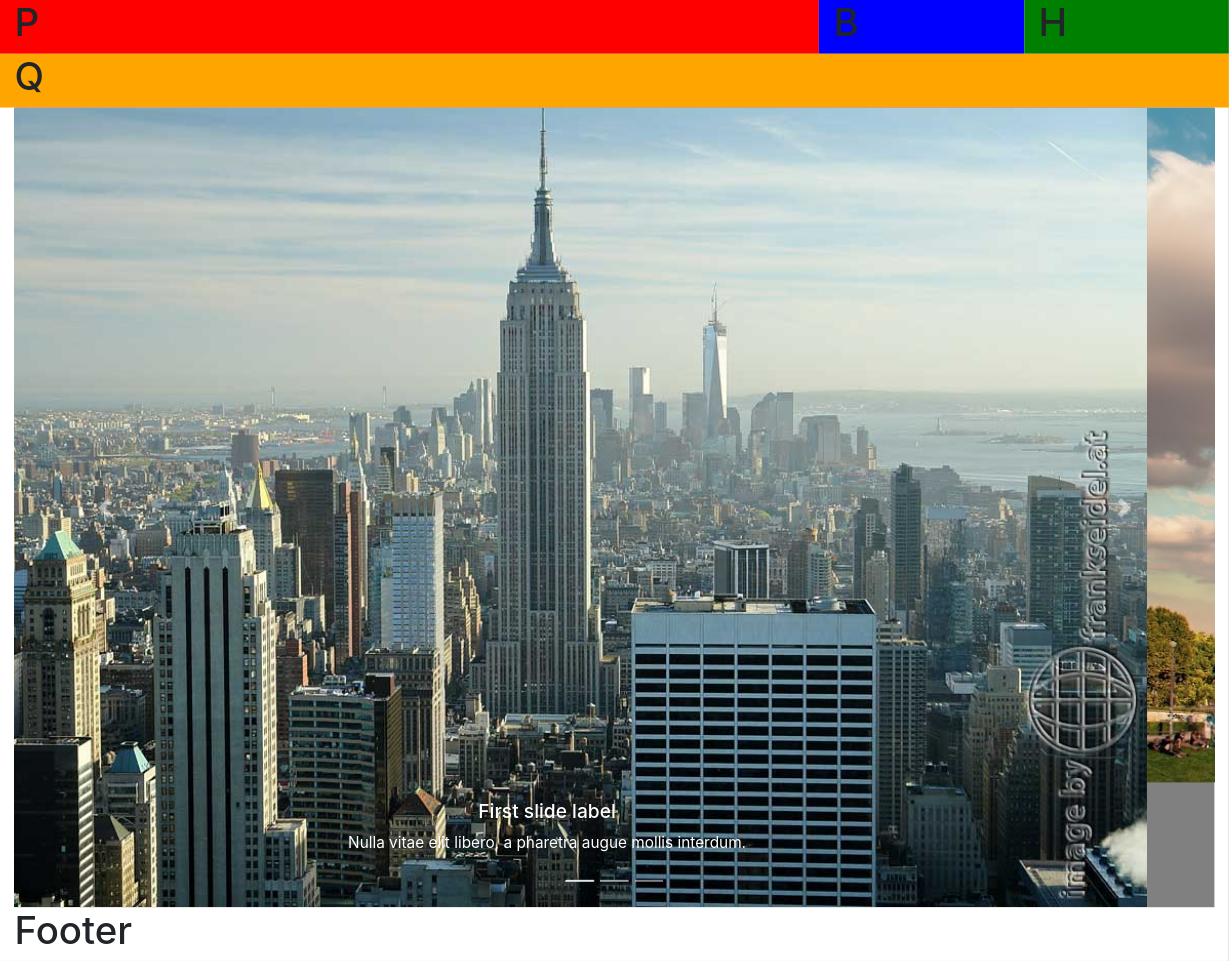
Repository: Brad000/PlanAway-Project
Page: index.html
The author's editor kept a record of every edit. The page is drawn from the files as they stood at one moment, then again after the next edit.
The browser window is 1280 px wide. The pictures show the whole page, at 96% of full size.
Some web libraries are served in a nearby version.

Above is the page before.

After the next edit:
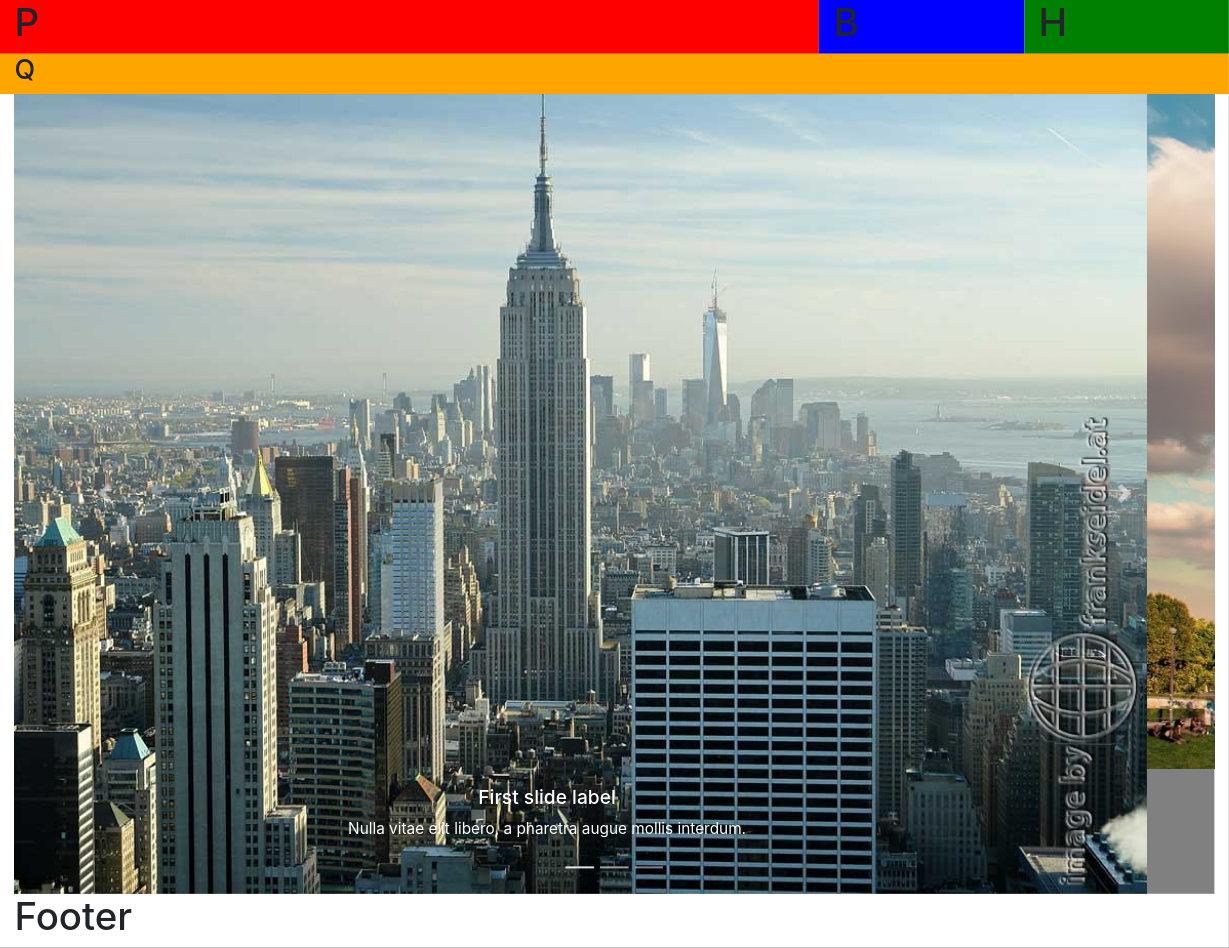
The edit:
--- a/index.html
+++ b/index.html
@@ -28,7 +28,7 @@
                 <h1>H</h1>
             </div>
             <div class="col-12 d">
-                <h1>Q</h1>
+                <h3>Q</h3>
             </div>
         </div>
     </header>
